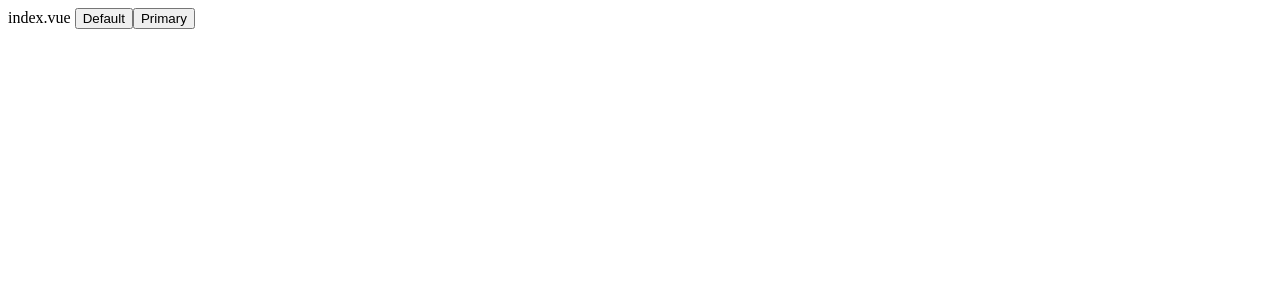
Repository: hanjinning/basicVueProject
Page: /
The author's editor kept a copy of each file at every save. The page is drawn from the files as they stood at one save, then again after the next save.
The browser window is 1280 px wide. The pictures show the whole page.
The page's requests for data from a server got no answer. The project was rebuilt for these pictures with package versions that can differ from the ones it lists, and the page was loaded fresh each time. No one was signed in, and anything a server would have sent is missing. Also part of the build but not shown: vue.config.js, src/components/HelloWorld.vue, src/views/Home.vue.

Above is the page before, as saved 2021-03-18 10:47:15.

### public/index.html
<!DOCTYPE html>
<html lang="">
  <head>
    <meta charset="utf-8">
    <meta http-equiv="X-UA-Compatible" content="IE=edge">
    <meta name="viewport" content="width=device-width,initial-scale=1.0">
    <link rel="icon" href="<%= BASE_URL %>favicon.ico">
    <title><%= htmlWebpackPlugin.options.title %></title>
    <script src="https://unpkg.com/axios/dist/axios.min.js"></script>
  </head>
  <body>
    <noscript>
      <strong>We're sorry but <%= htmlWebpackPlugin.options.title %> doesn't work properly without JavaScript enabled. Please enable it to continue.</strong>
    </noscript>
    <div id="app"></div>
    <!-- built files will be auto injected -->
  </body>
</html>

### src/App.vue
<template>
  <div id="app">
    <!-- <div id="nav">
      <router-link to="/">Home</router-link> |
      <router-link to="/about">About</router-link>
    </div>-->
    <leftNav 》
    <router-view />
  </div>
</template>

<script>
// import router from "./router";
import leftNav from '@/components/leftNav.vue'

import {uploadelf, start, getDisassemble} from '@/api/api'
export default {
  name: "App",
  data: function() {
    return {};
  },
  components:{
    leftNav:leftNav
  },
  mounted() {
    this.loadData();
  },
  created() {
  },
  methods: {
    loadData() {
      // 成功方法1：直接请求
      this.$axios.get("/index/han", {
          params: {"id":1},
          // jsonp: "handleCallback"
        })
        .then(res => {
          console.log('返回成功回调',res.data.data);
        })
        .catch(function(res) {
          console.log("返回失败回调");
          console.log(res);
        });
      // 成功方法2：调用该工厂方法进行请求返回一个对象，再通过对象的then(), catch()方法进行后续操作
      // uploadelf().then(resp => {
      //   console.log('uploadelf --->', resp.data.data);
      // }).catch(error => {
      //   console.log(error);
      // });
    }
  },
  created: function() {
  }
};
</script>

<style lang="scss" scoped>
</style>

### src/router/index.js
import App from '../App'
import Vue from 'vue'
import VueRouter from 'vue-router'
import Home from '../views/Home.vue'
import data from './data.js'
// import axios from 'axios'
import store from '../store'
import VueAxios from 'vue-axios'
import qs from 'qs'

Vue.use(VueRouter,VueAxios,axios)
Vue.prototype.$qs = qs;
Vue.prototype.$axios = axios;

axios.defaults.baseURL = 'http://localhost:8360' // 'http://localhost:8360'

const router = new VueRouter({
  mode: 'history',
  routes: [
    {
      path: '/',
      component: App,
      children: data
    }
  ]
})

// export default {router, store,axios}
export default router

### src/api/api.js
// src/api/api.js
// import axios from 'axios'

// 允许跨域携带cookie
axios.defaults.withCredentials = true;

export const uploadelf = () => {
    return axios.request({
        method: 'get',// post
        url:'http://127.0.0.1:8360/index/han'
        // url: 'http://xxxxx.xxx/api/uploadelf'
    })
}

export const start = () => {
    return axios.request({
        method: 'get',
        // url: 'http://xxxxx.xxx/api/start'
    })
}

export const getDisassemble = (funName = 'main') => {
    return axios.request({
        method: 'post',
        // url: 'http://xxxxx.xxx/api/disassemble',
        data: {
            // funName
        }
    })
}

### src/router/data.js
let firstPage = [
  {
    path:'/meme',
    name:'Home',
    component:() => import('@/views/Home.vue'),
  }
]
let root = [
  {
    path:'/index',
    component:() => import('@/views/Home.vue')
  },
  {
    path:'/About',
    component:() => import('@/views/About.vue')
  }
]
export default [
  {
    path:'/',
    component:()=> import('@/views/index.vue'),
    children:[...firstPage]
  },
  ...root
]

### src/views/index.vue
<template>
<div>index.vue
    <Button>Default</Button>
    <Button type="primary">Primary</Button>
</div>
</template>

### src/components/leftNav.vue
<template>
<div id="leftNav">
    左侧导航
</div>
</template>

<script>

</script>

<style scoped lang="scss">
#leftNav{
    width: 50px;
    height:100%;
    background: pink;
    border: 1px solid red;
}
</style>

Loaded but not shown: src/main.js (common file); src/store/index.js (common file)

After the next save:
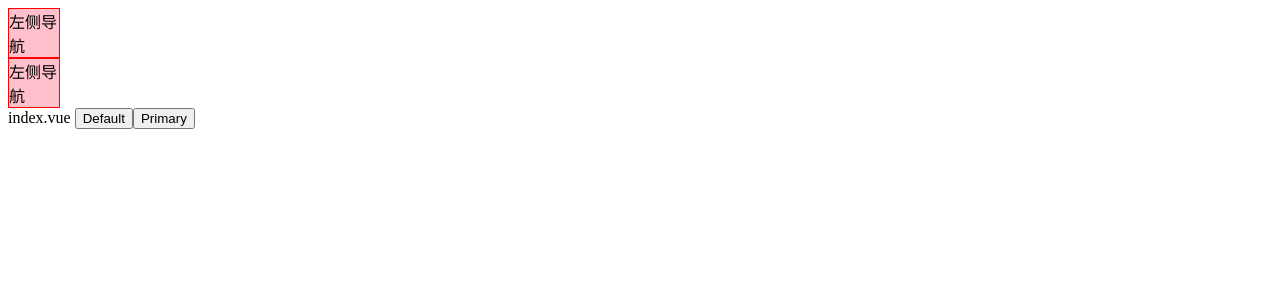
Saved 4 s later.
--- a/src/App.vue
+++ b/src/App.vue
@@ -4,7 +4,7 @@
       <router-link to="/">Home</router-link> |
       <router-link to="/about">About</router-link>
     </div>-->
-    <leftNav 》
+    <leftNav></leftNav>
     <router-view />
   </div>
 </template>
